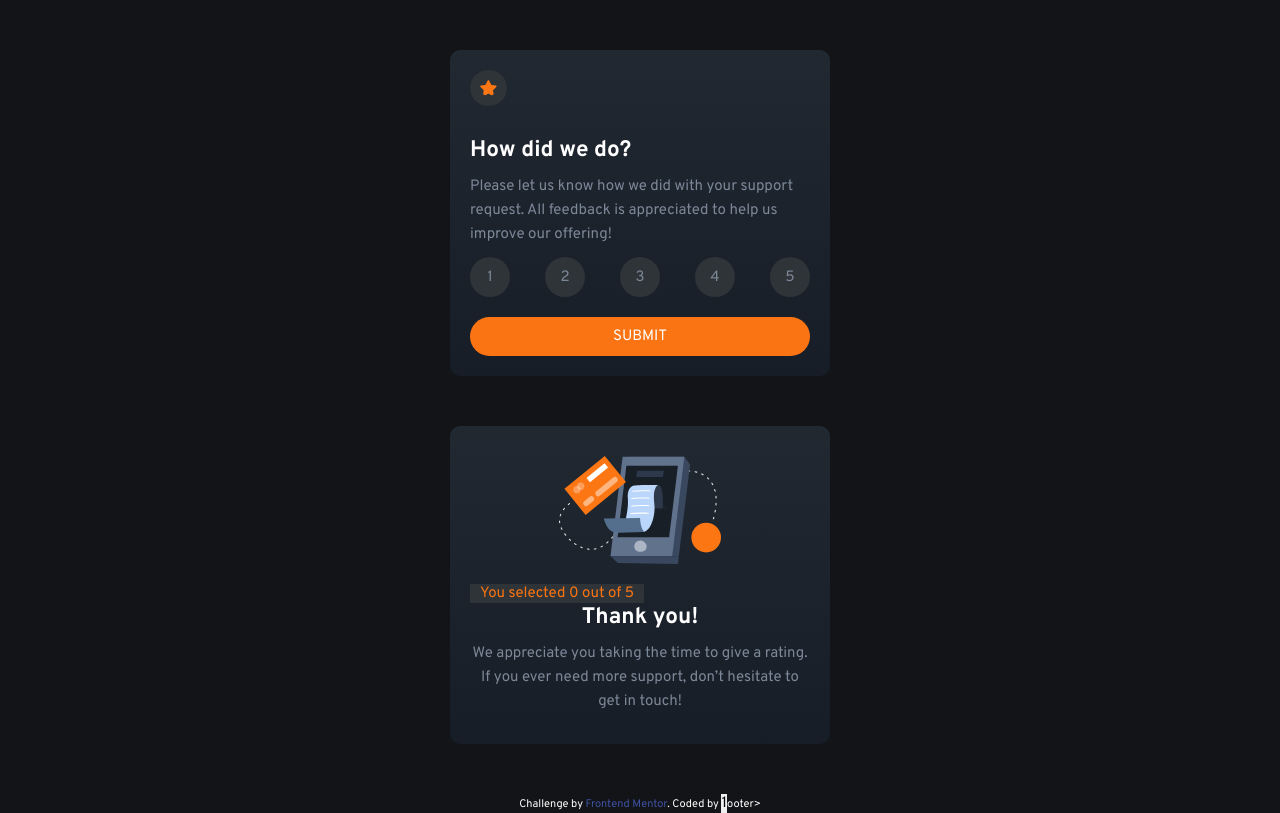
Repository: huynhnhutanhduy/interactive-rating-component
Page: index.html
These files come from the project's save history. The page is drawn as it stood at one moment and after the next save; the edit follows.
The browser window is 1280 px wide. The pictures show the whole page.

Above is the page before, as saved 2022-10-19 10:41:02.

### index.html
<!DOCTYPE html>
<html lang="en">
  <head>
    <meta charset="UTF-8" />
    <meta name="viewport" content="width=device-width, initial-scale=1.0" />
    <!-- displays site properly based on user's device -->
    <link rel="icon" type="image/png" sizes="32x32" href="./images/favicon-32x32.png" />
    <title>Frontend Mentor | Interactive rating component</title>
    <link rel="preconnect" href="https://fonts.googleapis.com" />
    <link rel="preconnect" href="https://fonts.gstatic.com" crossorigin />
    <link
      href="https://fonts.googleapis.com/css2?family=Overpass:wght@400;700&display=swap"
      rel="stylesheet"
    />
    <link rel="stylesheet" href="./app.css" />
  </head>
  <body>
    <main>
      <!-- Rating state start -->
      <article class="rating-container">
        <img src="./images/icon-star.svg" alt="icon-star" class="rating-star" />
        <h2 class="rating-title">How did we do?</h2>
        <p class="rating-desc">
          Please let us know how we did with your support request. All feedback is appreciated
          to help us improve our offering!
        </p>
        <ul class="rating-list">
          <li><button class="rating-item">1</button></li>
          <li><button class="rating-item">2</button></li>
          <li><button class="rating-item">3</button></li>
          <li><button class="rating-item">4</button></li>
          <li><button class="rating-item">5</button></li>
        </ul>
        <button type="submit" class="rating-submit">Submit</button>
      </article>
      <!-- Rating state end -->

      <!-- Thank you state start -->
      <article class="rating-container">
        <img src="./images/illustration-thank-you.svg" alt="thank you picture" class="rating-thank">
        <p class="rating-result">You selected <span>0</span> out of 5</p>
        <!-- Add rating here -->
        <h2 class="rating-title thank-you">Thank you!</h2>
        <p class="rating-desc thank-you">
          We appreciate you taking the time to give a rating. If you ever need more support,
          don’t hesitate to get in touch!
        </p>
        <!-- Thank you state end -->
      </article>
    </main>

    <footer class="attribution">
      Challenge by
      <a href="https://www.frontendmentor.io?ref=challenge" target="_blank">Frontend Mentor</a
      >. Coded by <button class="btn">1</button>ooter>

    <script src="./app.js"></script>
  </body>
</html>

### app.css
:root {
  --primary: hsl(25, 97%, 53%);
  --white: hsl(0, 0%, 100%);
  --light-grey: hsl(217, 12%, 63%);
  --medium-grey: hsl(216, 12%, 54%);
  --dark-blue: hsl(213, 19%, 18%);
  --very-dark-blue: hsl(216, 12%, 8%);
}
* {
  margin: 0;
  padding: 0;
  border: 0;
}
*,
*::before,
*::after,
html {
  box-sizing: border-box;
}
html {
  font-size: 62.5%;
}
body {
  font-size: 1.5rem;
  font-family: "Overpass", sans-serif;
  font-weight: normal;
  background-color: var(--very-dark-blue);
  color: var(--white);
}
a {
  text-decoration: none;
}
img {
  display: block;
  max-width: 100%;
}
button {
  outline: none;
  font-size: 1.5rem;
  font-family: "Overpass", sans-serif;
  font-weight: 400;
  cursor: pointer;
}

.attribution {
  font-size: 11px;
  text-align: center;
}
.attribution a {
  color: hsl(228, 45%, 44%);
}

.rating-container {
  max-width: 38rem;
  background-image: linear-gradient(to top, hsl(214, 26%, 12%), hsl(212, 20%, 16%));
  color: var(--white);
  padding: 2rem;
  border-radius: 1rem;
  margin: 5rem auto;
}
.rating-star {
  background-color: hsl(205, 10%, 20%);
  margin-bottom: 3rem;
  border-radius: 50%;
  padding: 1rem;
}
.rating-title,
.rating-desc {
  margin-bottom: 1rem;
}
.rating-desc,
.rating-item {
  color: var(--medium-grey);
}
.rating-desc {
  line-height: 1.6;
}
.rating-list {
  display: flex;
  justify-content: space-between;
  align-items: center;
  margin-bottom: 2rem;
}
.rating-list li {
  list-style: none;
}
.rating-item {
  border-radius: 50%;
  width: 4rem;
  height: 4rem;
  background-color: hsl(205, 10%, 20%);
}
.rating-submit {
  width: 100%;
  padding: 1rem;
  background-color: var(--primary);
  color: var(--white);
  border-radius: 2rem;
  text-transform: uppercase;
}
.thank-you {
  text-align: center;
}
.rating-thank {
  margin: 1rem auto 2rem;
}
.rating-result {
  background-color: hsl(205, 10%, 20%);
  color: var(--primary);
  display: inline-block;
  padding: 0 1rem;
}

Loaded but not shown: app.js (no stored copy; drawn as an empty file)

After the next save:
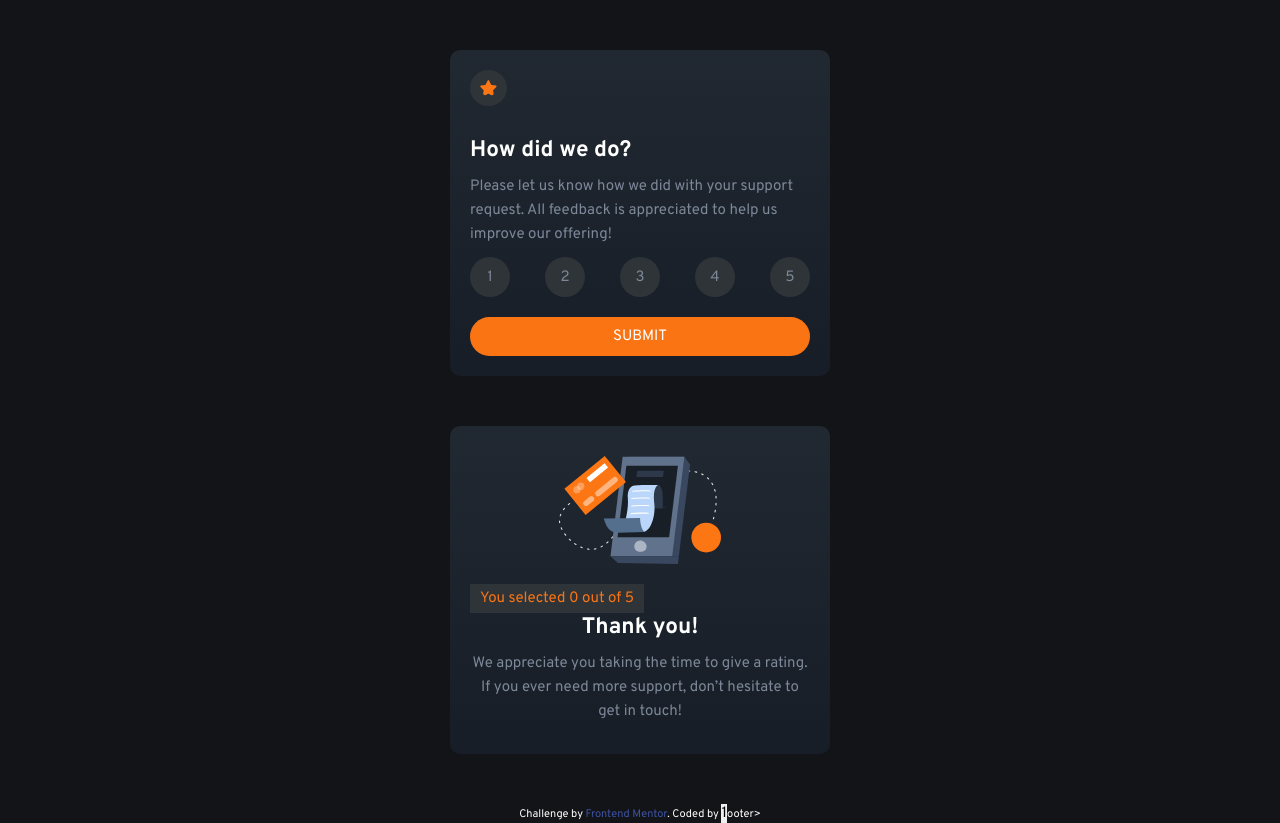
Saved 6 s later.
--- a/app.css
+++ b/app.css
@@ -108,5 +108,5 @@ button {
   background-color: hsl(205, 10%, 20%);
   color: var(--primary);
   display: inline-block;
-  padding: 0 1rem;
+  padding: 5px 1rem;
 }
